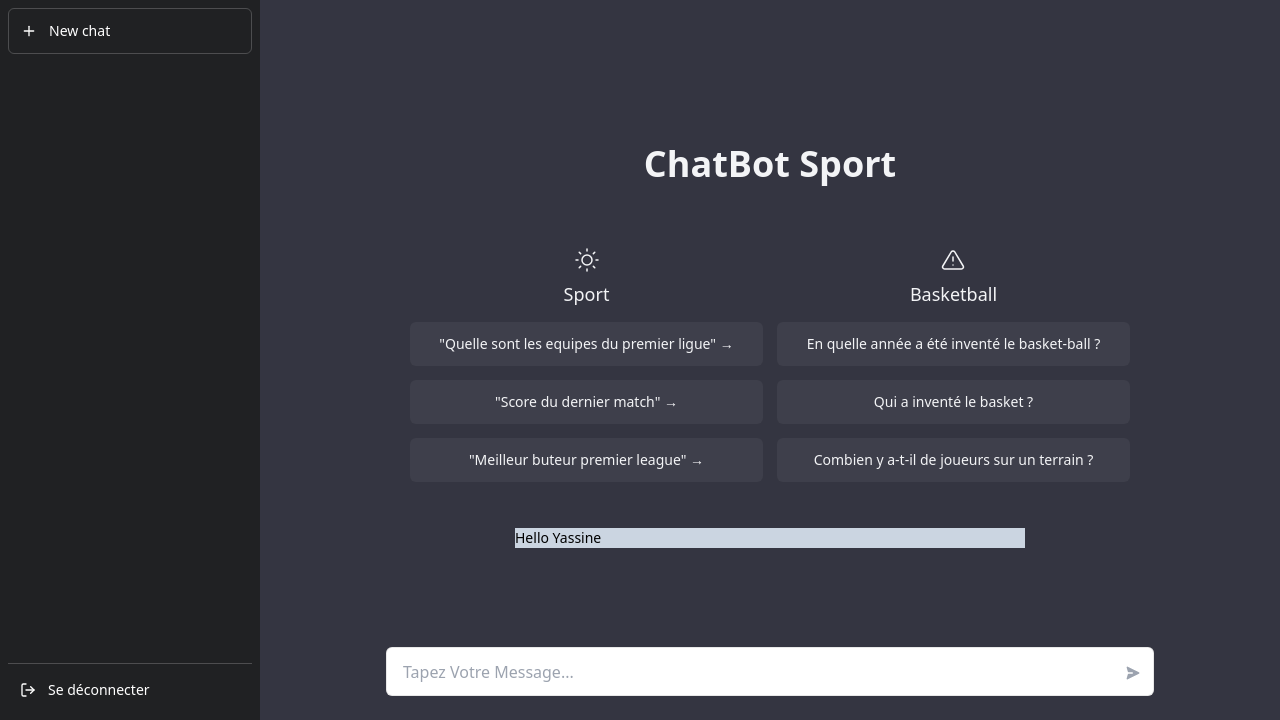
Repository: HaithemBenSlama/chatbot-front
Page: /, after clicking the first element matching `button.sc-gsFSXq`
The author's editor kept a copy of each file at every save. The page is drawn from the files as they stood at one save, then again after the next save.
The browser window is 1280 px wide. The pictures show the whole page.
The project was rebuilt for these pictures with package versions that can differ from the ones it lists, and the page was loaded fresh each time. Also part of the build but not shown: src/constants/svg/lightningChargeIcon.js, src/constants/svg/externalLinkIcon.js, src/constants/svg/discordIcon.js, src/constants/svg/menuIcon.js, src/Components/Login/form-input.css.

Above is the page before, as saved 2023-05-01 22:11:57.

### src/App.js
import React from 'react'
import { LeftSection, RightSection } from './Components/main'
import { useState } from "react"
import Login from './Components/Login/Login';

const App = () => {
  const [isLoggedIn, setIsLoggedIn] = useState(false);
  return (
    <div>
      {isLoggedIn ? (
        <>
        <LeftSection setIsLoggedIn={setIsLoggedIn}/>
        <RightSection/>
        </>
      ) : (
        <Login setIsLoggedIn={setIsLoggedIn}/>
      )}
    </div>
  )
      }
export default App

### src/Components/main/index.js
import LeftSection from "./LeftSection";
import RightSection from "./RightSection";
import Footer from "./Footer";

export {RightSection, LeftSection, Footer}

### src/Components/Login/Login.jsx
import React from "react";
import "./login.css";
import * as Components from './Components';
import   { useState } from 'react';
import { useCookies } from "react-cookie";
import FormInput from "./FormInput";

const Login = ({setIsLoggedIn}) => {
    const [token,setToken]=useCookies(["user-token"]);
    const [signIn, toggle] = React.useState(true);
    const [data, setData] = useState();

    const [values, setValues] = useState({
        username: "",
        password: "",
    });
    const onChange = (e) => {
            setValues({ ...values, [e.target.name]: e.target.value });
    };

    const [valuesCreate, setValuesCreate] = useState({
        username: "",
        city: "",
        email: "",
        password: "",
    });
    const onChangeCreate = (e) => {
        setValuesCreate({ ...valuesCreate, [e.target.name]: e.target.value });
    };
    const handleSubmit = (e) => {
        e.preventDefault();
    };

    const inputs = [
        {
        id: 1,
        name: "username",
        type: "text",
        placeholder: "Username",
        errorMessage:
            "Username should be 3-16 characters and shouldn't include any special character!",
        label: "Username",
        pattern: "^[A-Za-z0-9]{3,16}$",
        required: true,
        },
        {
        id: 2,
        name: "password",
        type: "password",
        placeholder: "Password",
        errorMessage:
            "Password should be 8-20 characters and include at least 1 letter and 1 number!",
        label: "Password",
        pattern: `^(?=.*[0-9])(?=.*[a-zA-Z])[a-zA-Z0-9!@#$%^&*]{8,20}$`,
        required: true,
        },
    ];

    const inputsCreate = [
        {
        id: 1,
        name: "username",
        type: "text",
        placeholder: "Username",
        errorMessage:
            "Username should be 3-16 characters and shouldn't include any special character!",
        label: "Username",
        pattern: "^[A-Za-z0-9]{3,16}$",
        required: true,
        },
        {
            id: 2,
            name: "city",
            type: "text",
            placeholder: "City",
            errorMessage:
                "City name should be 3-16 characters and shouldn't include any special character!",
            label: "City",
            pattern: "^[A-Za-z]{3,16}$",
            required: true,
            },
        {
        id: 3,
        name: "email",
        type: "email",
        placeholder: "Email",
        errorMessage: "It should be a valid email address!",
        label: "Email",
        required: true,
        },
        {
        id: 4,
        name: "password",
        type: "password",
        placeholder: "Password",
        errorMessage:
            "Password should be 8-20 characters and include at least 1 letter and 1 number!",
        label: "Password",
        pattern: `^(?=.*[0-9])(?=.*[a-zA-Z])[a-zA-Z0-9!@#$%^&*]{8,20}$`,
        required: true,
        },
    ];

    const submitLog = async (e) => {
        e.preventDefault()
        const user = {
            username: values.username,
            password: values.password
        };
        const response=await fetch('http://127.0.0.1:8000/user/verif_user_login/', {
            method: 'POST',
            headers: {
                'accept': '*/*',
                'Content-Type':'multipart/form-data; boundary=--------------------------499310528544182401120976',
            },
            body:JSON.stringify(user)
        })
        const responseJson=await response.json();
        setToken("user-token",responseJson.usertoken);
    };

    const submitCreate = async (e) => {

        e.preventDefault()
        const user = {
            username: valuesCreate.username,
            city: valuesCreate.city,
            email: valuesCreate.email,
            password: valuesCreate.password
        };
        const response=await fetch('http://127.0.0.1:8000/user/verif_user/', {
            method: 'POST',
            headers: {
                'accept': '*/*',
                'Content-Type':'multipart/form-data; boundary=--------------------------499310528544182401120976',
            },
            body:JSON.stringify(user)
        })
        const responseJson=await response.json();
        setToken("user-token",responseJson.usertoken);
    };


        return(
            <div className="comp_body"><h1 className="logTitle">ChatBot</h1>
                <Components.Container>
                    <Components.SignUpContainer signinIn={signIn}>
                        <Components.Form  onSubmit={handleSubmit} >
                            <Components.Title>Create Account</Components.Title>
                            {inputsCreate.map((input) => (
                                <FormInput
                                    key={input.id}
                                    {...input}
                                    value={valuesCreate[input.name]}
                                    onChange={onChangeCreate}
                                />
                                ))}
                            <Components.Button onClick={submitCreate}>Sign Up</Components.Button>
                        </Components.Form>
                    </Components.SignUpContainer>

                    <Components.SignInContainer signinIn={signIn}>
                        <Components.Form >
                            <Components.Title>Log in</Components.Title>
                            {inputs.map((input) => (
                                <FormInput
                                    key={input.id}
                                    {...input}
                                    value={values[input.name]}
                                    onChange={onChange}
                                />
                                ))}
                            <Components.Anchor href='#'>Forgot your password?</Components.Anchor>
                            <Components.Button onClick={()=>{setIsLoggedIn(true)}} >Sign In</Components.Button>
                        </Components.Form>
                    </Components.SignInContainer>

                    <Components.OverlayContainer signinIn={signIn}>
                    <Components.Overlay signinIn={signIn}>

                    <Components.LeftOverlayPanel signinIn={signIn}>
                        <Components.Title>Welcome Back!</Components.Title>
                        <Components.Paragraph>
                            To keep connected with us please login with your personal info
                        </Components.Paragraph>
                        <Components.GhostButton onClick={() => toggle(true)}>
                            Sign In
                        </Components.GhostButton>
                        </Components.LeftOverlayPanel>

                        <Components.RightOverlayPanel signinIn={signIn}>
                            <Components.Title>Hello, Friend!</Components.Title>
                            <Components.Paragraph>
                                Enter Your personal details and start journey with us
                            </Components.Paragraph>
                                <Components.GhostButton onClick={() => toggle(false)}>
                                    Sigin Up
                                </Components.GhostButton>
                        </Components.RightOverlayPanel>

                    </Components.Overlay>
                </Components.OverlayContainer>

            </Components.Container>
        </div>
        )
}

export default Login;

### src/Components/main/LeftSection/index.js
import React from "react";
import { LogOutIcon,PlusIcon,} from "../../../constants";

const LeftSection = ({ show = false }) => {
  return (
    <div
      className={`${show && " flex flex-col"} ${
        !show && "hidden"
      } bg-black md:fixed md:inset-y-0 md:flex md:w-[260px] md:flex-col`}
    >
      <div className="flex h-full min-h-0 flex-col ">
        <div className="scrollbar-trigger flex h-full w-full flex-1 items-start border-white/20">
          <nav className="flex h-full flex-1 flex-col space-y-1 p-2">
            <a className="flex py-3 px-3 items-center gap-3 rounded-md hover:bg-gray-500/10 transition-colors duration-200 text-white cursor-pointer text-sm mb-2 flex-shrink-0 border border-white/20">
              <PlusIcon />
              New chat
            </a>
            <div className="flex-col flex-1 overflow-y-auto border-b border-white/20">
              <div className="flex flex-col gap-2 text-gray-100 text-sm">
                {/*  */}
              </div>
            </div>
              <a
                className="flex py-3 px-3 items-center gap-3 rounded-md hover:bg-gray-500/10 transition-colors duration-200 text-white cursor-pointer text-sm"
                href="/Login"
              >
                <LogOutIcon/>
                Se déconnecter
              </a>
          </nav>
        </div>
      </div>
    </div>
  );
};

export default LeftSection;

### src/Components/main/RightSection/index.js
import { CautionIcon, LightningChargeIcon, SunIcon } from "../../../constants";
import Footer from "../Footer";

const RightSection = () => {
  return (
    <div className="flex h-full flex-1 flex-col md:pl-[260px]">
      <main className="relative h-full w-full transition-width flex flex-col overflow-hidden items-stretch flex-1">
        <div className="flex-1 overflow-hidden">
          <div className="flex flex-col items-center text-sm h-full md:h-screen bg-lightBlack">
            <div className="text-gray-800 w-full md:max-w-2xl lg:max-w-3xl md:h-full md:flex md:flex-col px-6">
              <h1 className="text-4xl text-gray-100 font-semibold text-center mt-6 sm:mt-[20vh] ml-auto mr-auto mb-10 sm:mb-16">
                ChatBot Sport
              </h1>
              <div className="md:flex items-start text-center gap-3.5">
                {[
                  {
                    icon: <SunIcon />,
                    title: "Sport",
                    subTitle: [
                      `"Quelle sont les equipes du premier ligue" →`,
                      `"Score du dernier match" →`,
                      `"Meilleur buteur premier league" →`,
                    ],
                    hover: true,
                  },
                  {
                    icon: <CautionIcon />,
                    title: "Basketball",
                    subTitle: [
                      `En quelle année a été inventé le basket-ball ?`,
                      `Qui a inventé le basket ?`,
                      `Combien y a-t-il de joueurs sur un terrain ?`,
                    ],
                    hover: false,
                  },
                ].map((item, index) => (
                  <div
                    className="flex flex-col mb-8 md:mb-auto gap-3.5 flex-1"
                    key={index}
                  >
                    <h2 className="flex gap-3 text-gray-100 items-center m-auto text-lg font-normal md:flex-col md:gap-2">
                      {item.icon}
                      {item.title}
                    </h2>
                    <ul className="flex flex-col gap-3.5 w-full sm:max-w-md m-auto">
                      {item.subTitle.map((subTitle, subTitleIndex) => (
                        <button
                          className={`w-full bg-gray-50 text-gray-100 bg-white/5 p-3 rounded-md ${
                            item.hover
                              ? "hover:bg-gray-200 dark:hover:bg-gray-900 cursor-pointer"
                              : "cursor-text"
                          }`}
                          key={subTitleIndex}
                        >
                          {subTitle}
                        </button>
                      ))}
                    </ul>
                  </div>
                ))}
              </div>
            </div>
            <div className="w-1/2 h-48 flex-shrink-0">
              <h3 className="bg-slate-300">Hello Yassine</h3>
            </div>
          </div>
        </div>
        <Footer />
      </main>
    </div>
  );
};

export default RightSection;

### src/Components/main/Footer/index.js
import React from "react";
import { PlaneIcon, UserIcon } from "../../../constants";

const Footer = () => {
  return (
    <div className="absolute bottom-0 left-0 w-full border-t md:border-t-0 dark:border-white/20 md:border-transparent md:dark:border-transparent md:bg-vert-light-gradient bg-gray-800 md:!bg-transparent">
      <form className="mx-2 flex flex-row gap-3 pt-2 last:mb-2 md:last:mb-6 lg:mx-auto lg:max-w-3xl lg:pt-6">
        <div className="relative flex h-full flex-1 md:flex-col">
          <div className="ml-1 mt-1.5 md:w-full md:m-auto md:flex md:mb-2 gap-2 justify-center">
            <div className="text-gray-100 p-1 md:hidden">
              <UserIcon />
            </div>
          </div>
          {/* Input */}
          <div className="flex flex-col w-full py-2 pl-3 flex-grow md:py-3 md:pl-4 relative border border-black/10 bg-white dark:border-gray-900/50 dark:text-white rounded-md bg-[rgba(64,65,79,var(--tw-bg-opacity))]">
            <textarea
              tabIndex="0"
              data-id="root"
              rows="1"
              placeholder="Tapez Votre Message..."
              className="m-0 w-full resize-none border-0 bg-transparent p-0 pr-7 focus:ring-0 focus-visible:ring-0 dark:bg-transparent outline-none overflow-y-hidden h-[23px]"
            ></textarea>
            <button className="absolute p-1 rounded-md text-gray-400 bottom-1.5 right-1 md:bottom-2.5 md:right-2 hover:bg-black">
              <PlaneIcon />
            </button>
          </div>
        </div>
      </form>
    </div>
  );
};

export default Footer;

### src/Components/Login/login.css
* {
    box-sizing: border-box;
}

.comp_body {
    background: #f6f5f7;
    display: flex;
    justify-content: center;
    align-items: center;
    flex-direction: column;
    font-family: "Montserrat", sans-serif;
    height: 100vh;
    margin: -20px 0 50px;
}
.logTitle {
    font-size: 3rem;
    font-weight: 600;
    text-align: center;
    margin-bottom: 2rem;
    color: #038c7a;
    text-shadow: 2px 2px 0px #f2f2f2, -2px -2px 0px #f2f2f2, 2px -2px 0px #f2f2f2, -2px 2px 0px #f2f2f2;
    text-transform: uppercase;
    letter-spacing: 3px;
    line-height: 1;
    position: relative;
}
.logTitle:before{
    content: "";
    width: 100%;
    height: 1px;
    position: absolute;
    bottom: -0.5rem;
    left: 0;
    background-color: #5c5c5c;
}

### src/Components/Login/Components.js
import styled from 'styled-components';

export const Container = styled.div`
background-color: #fff;
border-radius: 10px;
box-shadow: 0 14px 28px rgba(0, 0, 0, 0.25), 0 10px 10px rgba(0, 0, 0, 0.22);
position: relative;
overflow: hidden;
width: 678px;
max-width: 100%;
min-height: 450px;
`;

export const SignUpContainer = styled.div`
position: absolute;
top: 0;
height: 100%;
transition: all 0.6s ease-in-out;
left: 0;
width: 50%;
opacity: 0;
z-index: 1;
${props => props.signinIn !== true ? `
    transform: translateX(100%);
    opacity: 1;
    z-index: 5;
`
: null}
`;


export const SignInContainer = styled.div`
position: absolute;
top: 0;
height: 100%;
transition: all 0.6s ease-in-out;
left: 0;
width: 50%;
z-index: 2;
${props => (props.signinIn !== true ? `transform: translateX(100%);` : null)}
`;

export const Form = styled.div`
background-color: #ffffff;
display: flex;
align-items: center;
justify-content: center;
flex-direction: column;
padding: 0 50px;
height: 100%;
text-align: center;
`;

export const Title = styled.h1`
font-weight: bold;
margin-bottom: 15px;
`;

export const Input = styled.input`
background-color: #eee;
border: none;
padding: 12px 15px;
margin: 8px 0;
width: 100%;
`;


export const Button = styled.button`
    border-radius: 20px;
    border: 1px solid #1775d2;
    background-color: #1775d2;
    color: #ffffff;
    font-size: 12px;
    font-weight: bold;
    padding: 12px 45px;
    letter-spacing: 1px;
    text-transform: uppercase;
    transition: transform 80ms ease-in;
    &:active{
        transform: scale(0.95);
    }
    &:focus {
        outline: none;
    }
`;
export const GhostButton = styled(Button)`
background-color: transparent;
border-color: #ffffff;
`;

export const Anchor = styled.a`
color: #333;
font-size: 14px;
text-decoration: none;
margin: 15px 0;
`;
export const OverlayContainer = styled.div`
position: absolute;
top: 0;
left: 50%;
width: 50%;
height: 100%;
overflow: hidden;
transition: transform 0.6s ease-in-out;
z-index: 100;
${props =>
props.signinIn !== true ? `transform: translateX(-100%);` : null}
`;

export const Overlay = styled.div`
background: #1775d2;
background: -webkit-linear-gradient(to right, #1775d2, #25b579);
background: linear-gradient(to right, #1775d2,#1775d2);
background-repeat: no-repeat;
background-size: cover;
background-position: 0 0;
color: #ffffff;
position: relative;
left: -100%;
height: 100%;
width: 200%;
transform: translateX(0);
transition: transform 0.6s ease-in-out;
${props => (props.signinIn !== true ? `transform: translateX(50%);` : null)}
`;

export const OverlayPanel = styled.div`
    position: absolute;
    display: flex;
    align-items: center;
    justify-content: center;
    flex-direction: column;
    padding: 0 40px;
    text-align: center;
    top: 0;
    height: 100%;
    width: 50%;
    transform: translateX(0);
    transition: transform 0.6s ease-in-out;
`;

export const LeftOverlayPanel = styled(OverlayPanel)`
transform: translateX(-20%);
${props => props.signinIn !== true ? `transform: translateX(0);` : null}
`;

export const RightOverlayPanel = styled(OverlayPanel)`
    right: 0;
    transform: translateX(0);
    ${props => props.signinIn !== true ? `transform: translateX(20%);` : null}
`;

export const Paragraph = styled.p`
font-size: 14px;
font-weight: 100;
line-height: 20px;
letter-spacing: 0.5px;
margin: 20px 0 30px
`;

### src/Components/Login/FormInput.jsx
import { useState } from "react";
import "./form-input.css";

const FormInput = (props) => {
const [focused, setFocused] = useState(false);
const { label, errorMessage, onChange, id, ...inputProps } = props;

const handleFocus = (e) => {
    setFocused(true);
};

return (
    <div className="formInput">
    <input className="inputAuth"
        {...inputProps}
        onChange={onChange}
        onBlur={handleFocus}
        onFocus={() =>
        inputProps.name === "confirmPassword" && setFocused(true)
        }
        focused={focused.toString()}
    />
    <span className="spanAuth">{errorMessage}</span>
    </div>
);
};

export default FormInput;

### src/constants/index.js
import SunIcon from "./svg/sunIcon";
import LightningChargeIcon from "./svg/lightningChargeIcon";
import CautionIcon from "./svg/cautionIcon";
import PlaneIcon from "./svg/planeIcon";
import PlusIcon from "./svg/plusIcon";
import ExternalLinkIcon from "./svg/externalLinkIcon";
import DiscordIcon from "./svg/discordIcon";
import LogOutIcon from "./svg/logOutIcon";
import MenuIcon from "./svg/menuIcon";
import UserIcon from "./svg/userIcon";

export {
  SunIcon,
  LightningChargeIcon,
  CautionIcon,
  PlaneIcon,
  PlusIcon,
  DiscordIcon,
  ExternalLinkIcon,
  LogOutIcon,
  MenuIcon,
  UserIcon,
};

### src/constants/svg/sunIcon.js
import React from "react";

const SunIcon = ({ className = "h-6 w-6", strokeWidth = "1.5" }) => {
  return (
    <svg
      stroke="currentColor"
      fill="none"
      strokeWidth={strokeWidth}
      viewBox="0 0 24 24"
      strokeLinecap="round"
      strokeLinejoin="round"
      className={className}
      height="1em"
      width="1em"
      xmlns="http://www.w3.org/2000/svg"
    >
      <circle cx="12" cy="12" r="5"></circle>
      <line x1="12" y1="1" x2="12" y2="3"></line>
      <line x1="12" y1="21" x2="12" y2="23"></line>
      <line x1="4.22" y1="4.22" x2="5.64" y2="5.64"></line>
      <line x1="18.36" y1="18.36" x2="19.78" y2="19.78"></line>
      <line x1="1" y1="12" x2="3" y2="12"></line>
      <line x1="21" y1="12" x2="23" y2="12"></line>
      <line x1="4.22" y1="19.78" x2="5.64" y2="18.36"></line>
      <line x1="18.36" y1="5.64" x2="19.78" y2="4.22"></line>
    </svg>
  );
};

export default SunIcon;

### src/constants/svg/cautionIcon.js
import React from "react";

const CautionIcon = () => {
  return (
    <svg
      stroke="currentColor"
      fill="none"
      strokeWidth="1.5"
      viewBox="0 0 24 24"
      strokeLinecap="round"
      strokeLinejoin="round"
      className="h-6 w-6"
      height="1em"
      width="1em"
      xmlns="http://www.w3.org/2000/svg"
    >
      <path d="M10.29 3.86L1.82 18a2 2 0 0 0 1.71 3h16.94a2 2 0 0 0 1.71-3L13.71 3.86a2 2 0 0 0-3.42 0z"></path>
      <line x1="12" y1="9" x2="12" y2="13"></line>
      <line x1="12" y1="17" x2="12.01" y2="17"></line>
    </svg>
  );
};

export default CautionIcon;

### src/constants/svg/planeIcon.js
import React from "react";

const PlaneIcon = () => {
  return (
    <svg
      stroke="currentColor"
      fill="currentColor"
      strokeWidth="0"
      viewBox="0 0 20 20"
      className="h-4 w-4 rotate-90"
      height="1em"
      width="1em"
      xmlns="http://www.w3.org/2000/svg"
    >
      <path d="M10.894 2.553a1 1 0 00-1.788 0l-7 14a1 1 0 001.169 1.409l5-1.429A1 1 0 009 15.571V11a1 1 0 112 0v4.571a1 1 0 00.725.962l5 1.428a1 1 0 001.17-1.408l-7-14z"></path>
    </svg>
  );
};

export default PlaneIcon;

### src/constants/svg/plusIcon.js
import React from "react";

const PlusIcon = ({ className = "h-4 w-4" }) => {
  return (
    <svg
      stroke="currentColor"
      fill="none"
      strokeWidth="2"
      viewBox="0 0 24 24"
      strokeLinecap="round"
      strokeLinejoin="round"
      className={className}
      height="1em"
      width="1em"
      xmlns="http://www.w3.org/2000/svg"
    >
      <line x1="12" y1="5" x2="12" y2="19"></line>
      <line x1="5" y1="12" x2="19" y2="12"></line>
    </svg>
  );
};

export default PlusIcon;

### src/constants/svg/logOutIcon.js
import React from "react";

const LogOutIcon = () => {
  return (
    <svg
      stroke="currentColor"
      fill="none"
      strokeWidth="2"
      viewBox="0 0 24 24"
      strokeLinecap="round"
      strokeLinejoin="round"
      className="h-4 w-4"
      height="1em"
      width="1em"
      xmlns="http://www.w3.org/2000/svg"
    >
      <path d="M9 21H5a2 2 0 0 1-2-2V5a2 2 0 0 1 2-2h4"></path>
      <polyline points="16 17 21 12 16 7"></polyline>
      <line x1="21" y1="12" x2="9" y2="12"></line>
    </svg>
  );
};

export default LogOutIcon;

### src/constants/svg/userIcon.js
import React from "react";

const UserIcon = () => {
  return (
    <svg
      xmlns="http://www.w3.org/2000/svg"
      fill="none"
      viewBox="0 0 24 24"
      strokeWidth={1.5}
      stroke="currentColor"
      className="w-6 h-6"
    >
      <path
        strokeLinecap="round"
        strokeLinejoin="round"
        d="M15.75 6a3.75 3.75 0 11-7.5 0 3.75 3.75 0 017.5 0zM4.501 20.118a7.5 7.5 0 0114.998 0A17.933 17.933 0 0112 21.75c-2.676 0-5.216-.584-7.499-1.632z"
      />
    </svg>
  );
};

export default UserIcon;

### tailwind.config.js
/** @type {import('tailwindcss').Config} */
module.exports = {
  content: ["./src/**/*.{js,jsx,ts,tsx}"],
  theme: {
    extend: {
      colors: {
        black: "#202123",
        lightBlack: "#343541",
      },
    },
  },
  plugins: [],
};

Loaded but not shown: public/index.html (common file); src/index.js (common file); src/index.css (common file)

After the next save:
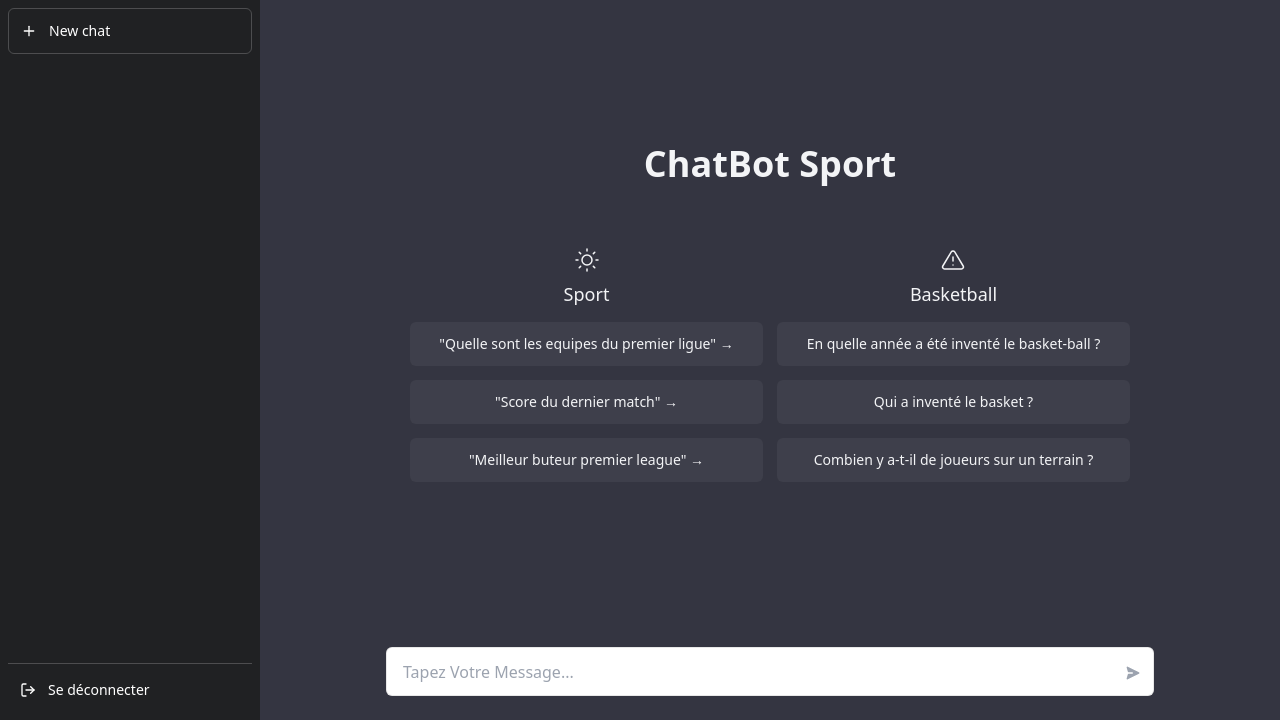
Saved 24 s later.
--- a/src/Components/main/RightSection/index.js
+++ b/src/Components/main/RightSection/index.js
@@ -60,9 +60,7 @@ const RightSection = () => {
                 ))}
               </div>
             </div>
-            <div className="w-1/2 h-48 flex-shrink-0">
-              <h3 className="bg-slate-300">Hello Yassine</h3>
-            </div>
+            <div className="w-full h-48 flex-shrink-0"></div>
           </div>
         </div>
         <Footer />
